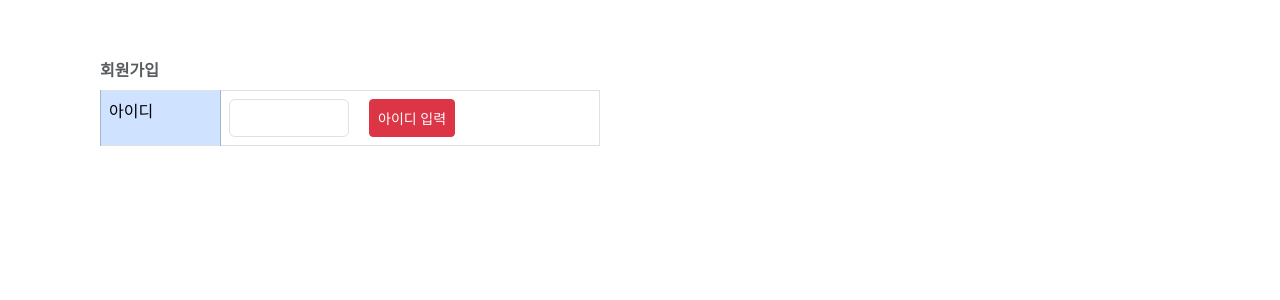
Repository: JunbroGit/SistProject
Page: http://localhost/jsaAjaxProject/mem_gaip/addForm.jsp
These files come from the project's save history. The page is drawn as it stood at one moment and after the next save; the edit follows.
The browser window is 1280 px wide. The pictures show the whole page.
Some web fonts or font styles are not loaded; a fallback is used. The page is served by Tomcat 9. Other server files are loaded and not shown.

Above is the page before, as saved 2024-03-18 03:22:58.

### jspwork/jsaAjaxProject/src/main/webapp/mem_gaip/addForm.jsp
<%@ page language="java" contentType="text/html; charset=UTF-8"
    pageEncoding="UTF-8"%>
<!DOCTYPE html>
<html>
<head>
<meta charset="UTF-8">
<link href="https://cdn.jsdelivr.net/npm/bootstrap@5.3.2/dist/css/bootstrap.min.css" rel="stylesheet">
<link href="https://fonts.googleapis.com/css2?family=Dongle&family=Gaegu&family=Nanum+Myeongjo&family=Nanum+Pen+Script&family=Noto+Sans+KR:wght@100..900&display=swap" rel="stylesheet">
<script src="https://code.jquery.com/jquery-3.7.0.js"></script>
<title>Insert title here</title>
</head>
<body>
<div style="margin: 50px 100px; width: 500px;">
	<form action="addMember.jsp" method="post" enctype="multipart/form-data">
		<table class="table table-bordered">
			<caption align="top"><b>회원가입</b></caption>
			<tr>
				<td width="120" class="table-primary">아이디</td>
				<td>
					<div class="d-inline-flex">
						<input type="text" class="form-control" style="width: 120px;" name="m_id" readonly="readonly">
						<button type="button" class="btn btn-danger btn-sm" style="margin-left: 20px;" onclick="openId()">아이디 입력</button>
					</div>
				</td>
			</tr>
		</table>
	</form>
</div>
</body>
</html>

After the next save:
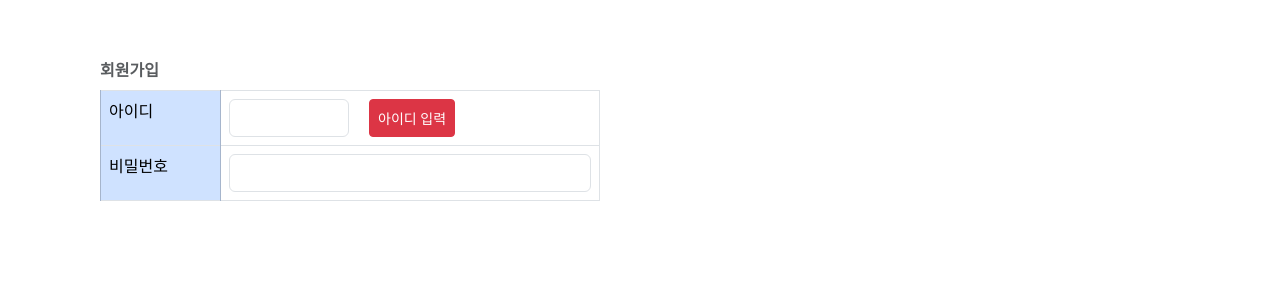
Saved 59 s later.
--- a/jspwork/jsaAjaxProject/src/main/webapp/mem_gaip/addForm.jsp
+++ b/jspwork/jsaAjaxProject/src/main/webapp/mem_gaip/addForm.jsp
@@ -23,6 +23,12 @@
 					</div>
 				</td>
 			</tr>
+			<tr>
+				<td width="120" class="table-primary">비밀번호</td>
+				<td>
+					<input type="password" class="form-control">
+				</td>
+			</tr>
 		</table>
 	</form>
 </div>
